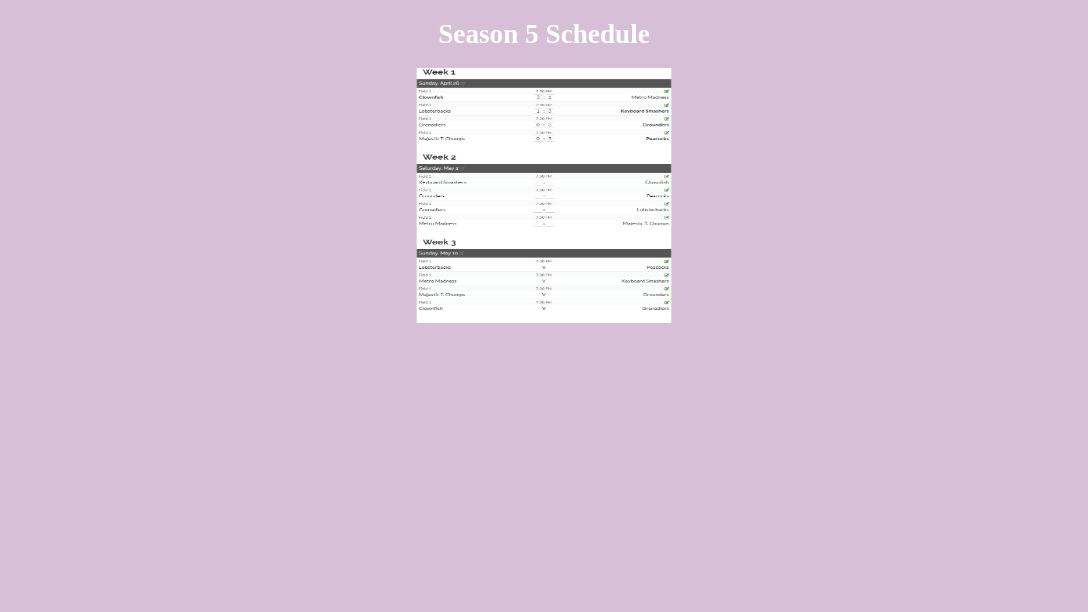
Repository: eppolij1/eppolij1.github.io
Page: schedule.html
The author's editor kept a record of every edit. The page is drawn from the files as they stood at one moment, then again after the next edit.
The browser window is 1280 px wide. The pictures show the whole page, at 85% of full size.

Above is the page before.

After the next edit:
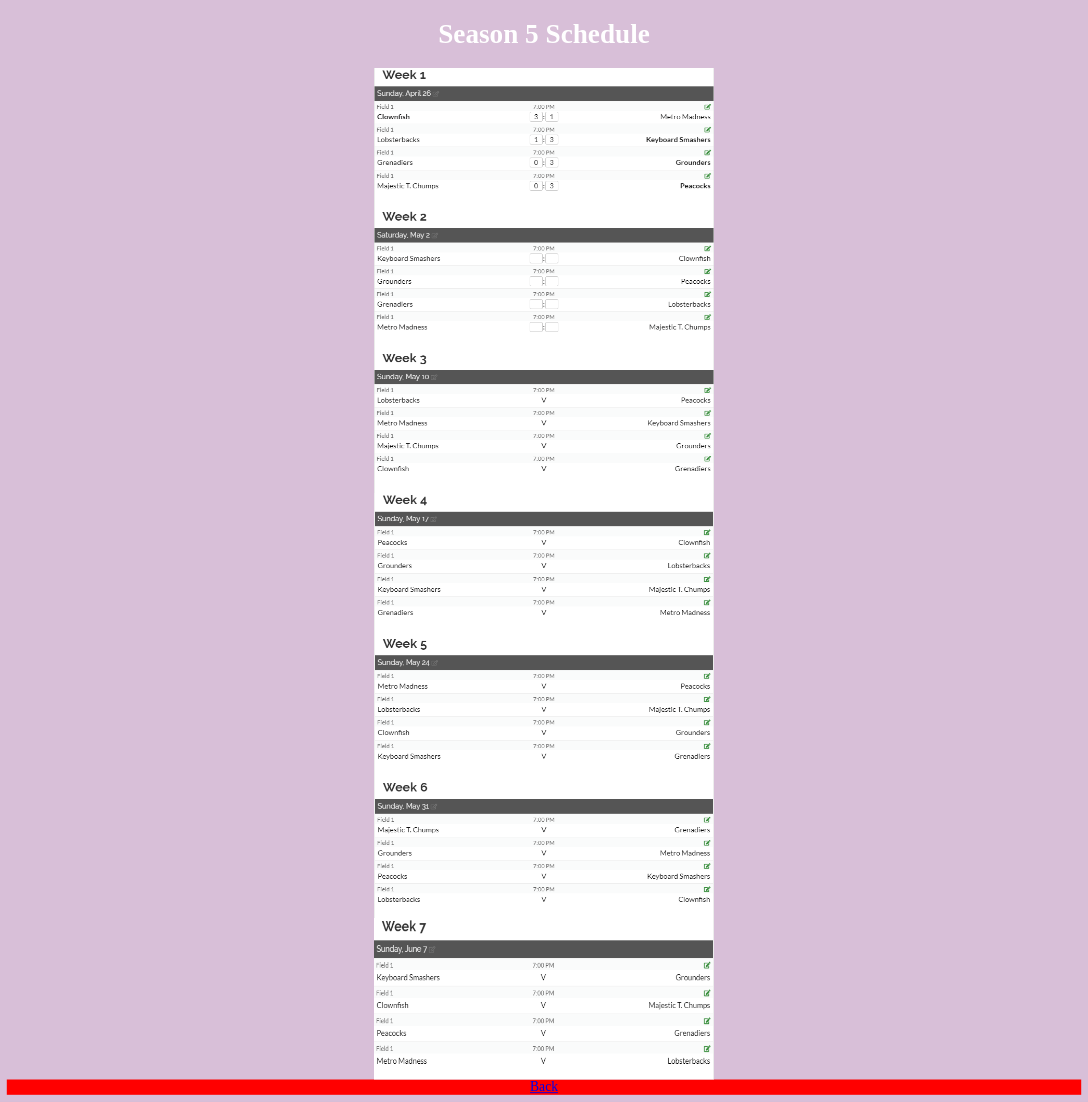
The edit:
--- a/schedule.html
+++ b/schedule.html
@@ -31,11 +31,13 @@
        Season 5 Schedule
     </h1>
 
-    <img src="S5part1.png" alt="Schedule Part 1" usemap="#S5pt1" width="300" height="300">
- <map name="YT">
-  <area shape="rect" coords="5,5,280,300" alt= "YouTube" href="https://www.youtube.com/channel/UCieJE1oV8GPoHAQE427dncQ/featured">
-</map>
-     </body>
+    <img src="S5part1.png" alt="Schedule Part 1" usemap="#S5pt1" width="400" height="500">
+        <img src="S5part2.png" alt="Schedule Part 2" usemap="#S5pt2" width="400" height="500">
+ <img src="S5part3.png" alt="Schedule Part 3" usemap="#S5pt3" width="400" height="190">
+
+<div class="flex-container">
+        <div> <a href="main_screen.html">Back</a></div>
+        </body>
 
 
 
